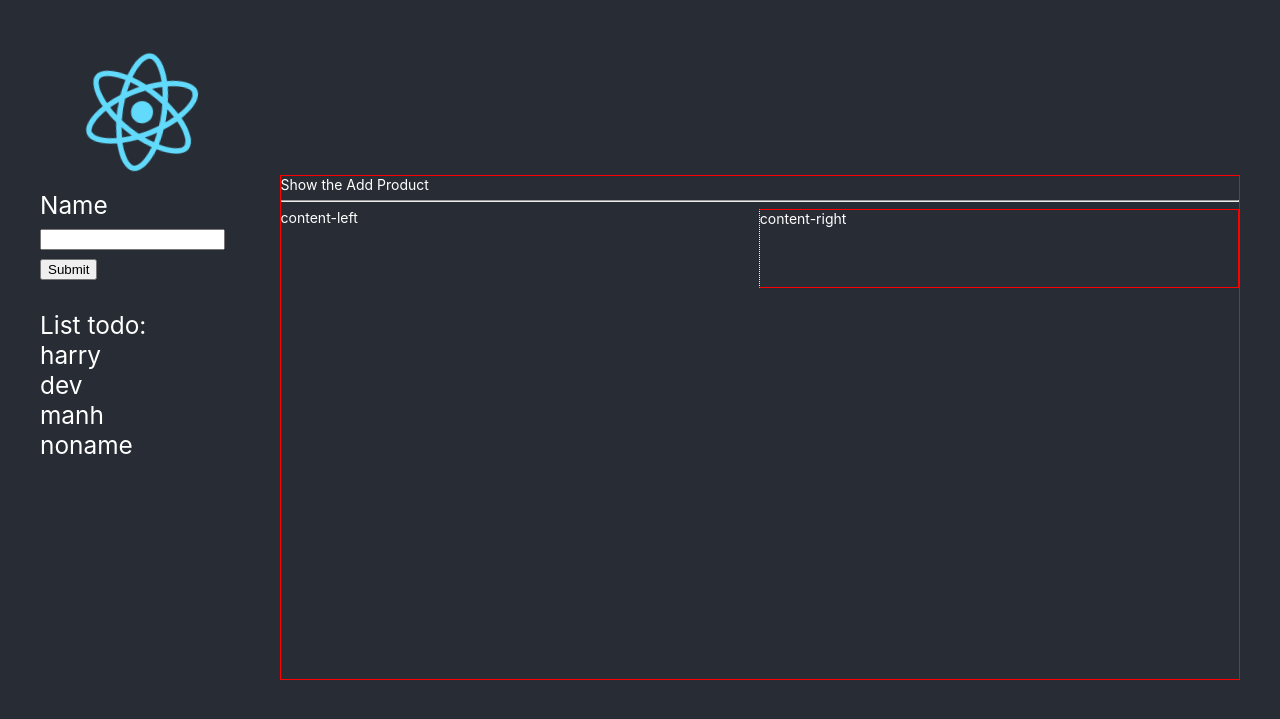
Repository: minh66hn/base-react-hook
Page: /
These files come from the project's save history. The page is drawn as it stood at one moment and after the next save; the edit follows.
The browser window is 1280 px wide. The pictures show the whole page.
The project was rebuilt for these pictures with package versions that can differ from the ones it lists, and the page was loaded fresh each time.

Above is the page before, as saved 2022-05-01 17:10:33.

### src/App.js
import React from "react";

import logo from "./logo.svg";
import "./App.scss";
import Home from "./components/Home";
import AddNewProduct from "./components/AddNewProduct";
import Product from "./components/Products/Product";

function App() {
  return (
    <div className="App">
      <header className="App-header content-left">
        <img src={logo} className="App-logo" alt="logo" />
        <Home></Home>
      </header>
      <div className="content-right">
        <AddNewProduct />
        <hr />
        <Product />
      </div>
    </div>
  );
}

export default App;

### src/App.scss
.App {
  padding: 40px;
  background-color: #282c34;
  height: calc(100vh - 80px);
  font-size:14px;
  display: flex;

  .content-left{
    width:20%;
  }


  .content-right{
    /* border: 1px solid red; */
    width: 80%;
    margin-top:135px;
    color: white;
    border :1px solid red
  }

}

.App-logo {
  height: 20vmin;
  pointer-events: none;
}

@media (prefers-reduced-motion: no-preference) {
  .App-logo {
    animation: App-logo-spin infinite 20s linear;
  }
}

@keyframes App-logo-spin {
  from {
    transform: rotate(0deg);
  }
  to {
    transform: rotate(360deg);
  }
}
.App-header {
  /* min-height: 100vh; */
  /* display: flex;
  flex-direction: column; */
  /* align-items: center;
  justify-content: center; */
  font-size: calc(10px + 2vmin);
  color: white;
  /* border: 1px solid green; */
  width: 50%;
}

.input-product input{
  width:50%;
  height:24px;
  outline: none;
  border-radius: 10px;
}
.input-product{
  margin-bottom: 10px;
  display:flex;
  flex-direction: column;
  gap:5px;
}
button{
  cursor: pointer;
}
.App-link {
  color: #61dafb;
}

/* img {
  display: block;
  max-width: 100%;
}
.youtube-list {
  display: grid;
  grid-template-columns: repeat(4, 2fr);
  grid-gap: 25px;
  padding: 25px;
}
.youtube-image {
  height: 250px;
  margin-bottom: 15px;
}
.youtube-image img {
  width: 100%;
  height: 100%;
  object-fit: cover;
}
.youtube-footer {
  display: flex;
  align-items: flex-start;
  gap: 0 20px;
}
.youtube-avatar {
  width: 50px;
  height: 50px;
  border-radius: 100rem;
  object-fit: cover;
  flex-shrink: 0;
}
.youtube-title {
  font-size: 18px;
  margin-bottom: 10px;
}
.youtube-author {
  font-size: 14px;
  color: #999;
  font-weight: 300;
} */

### src/components/Home.js
import React from "react";
import { useState } from "react";
import AddTodo from "./AddTodo";
import DisplayListTodo from "./DisplayListTodo";
const Home = () => {
  const [todo, setTodo] = useState("");
  const randomIntFromInterval = (min, max) => {
    // min and max included
    return Math.floor(Math.random() * (max - min + 1) + min);
  };

  const [listTodo, setListTodo] = useState([
    { id: 1, name: "harry" },
    { id: 2, name: "dev" },
    { id: 3, name: "manh" },
    { id: 4, name: "noname" },
  ]);
  const handleDeleteBtn = (id) => {
    alert(`you deleted item by id:${id}`);
    let updateListTodo = listTodo.filter((item) => item.id !== id);
    setListTodo(updateListTodo);
  };
  const handleClickbtn = (todo) => {
    const todoItem = {
      id: randomIntFromInterval(5, 999),
      name: todo,
    };
    console.log(listTodo);
    if (!todo) {
      alert("please enter todo");
      return 0;
    }
    //catch1
    // let curentTodo = listTodo;
    // curentTodo.push(todoItem);
    // setListTodo(curentTodo);
    //catch2
    setListTodo([...listTodo, todoItem]);
    setTodo("");
  };

  return (
    <div>
      <AddTodo handleClickbtn={handleClickbtn} todo={todo} setTodo={setTodo} />
      <DisplayListTodo childData={listTodo} handleDeleteBtn={handleDeleteBtn} />
    </div>
  );
};

export default Home;

### src/components/AddNewProduct.js
import React from "react";
import { useState } from "react";

const AddNewProduct = () => {
  const [productName, setProductName] = useState("");
  const [producPrice, setProductPrice] = useState(0);
  const [productSize, setProductSize] = useState(0);
  const [productColor, setProductColor] = useState("");
  const [isShowDetail, setIsShowDetail] = useState(false);

  const handleClickbtn = () => {
    let object = { productName, producPrice, productSize, productColor };
    let ListProducts = localStorage.getItem("ListProducts");
    console.log(ListProducts);
    if (ListProducts) {
      let arr = [JSON.parse(ListProducts)];
      arr.push(object);
      localStorage.setItem("ListProducts", JSON.stringify(arr));
    } else {
      localStorage.setItem("ListProducts", JSON.stringify(object));
    }
    setProductName("");
    setProductPrice(0);
    setProductSize(0);
    setProductColor("");
  };
  const handleIsHide = (currentShow) => {
    let isShow = !currentShow;
    setIsShowDetail(isShow);
  };
  return (
    <div>
      {isShowDetail === true && (
        <fieldset>
          <legend>Add New Product:</legend>
          <div className="input-product">
            <label>Name</label>
            <input
              value={productName}
              type="text"
              onChange={(event) => {
                setProductName(event.target.value);
              }}
            />
          </div>
          <div className="input-product">
            <label>Price</label>
            <input
              value={producPrice}
              type="text"
              onChange={(event) => {
                setProductPrice(event.target.value);
              }}
            />
          </div>
          <div className="input-product">
            <label>Size</label>
            <input
              value={productSize}
              type="number"
              onChange={(event) => {
                setProductSize(event.target.value);
              }}
            />
          </div>
          <div className="input-product">
            <label>Color</label>
            <input
              value={productColor}
              type="text"
              onChange={(event) => {
                setProductColor(event.target.value);
              }}
            />
          </div>
          <div>
            <button type="button" onClick={() => handleClickbtn()}>
              Submit
            </button>
          </div>
        </fieldset>
      )}

      {isShowDetail === true ? (
        <div
          onClick={() => {
            handleIsHide(true);
          }}
        >
          Is Hide Add Product
        </div>
      ) : (
        <div
          onClick={() => {
            handleIsHide(false);
          }}
        >
          Show the Add Product
        </div>
      )}
    </div>
  );
};

export default AddNewProduct;

### src/components/Products/Product.js
import React from "react";
import "../Products/Product.scss";
const Product = () => {
  return (
    <div className="products-container">
      <div className="content-left">content-left</div>
      <div className="content-right">content-right
      <div className="title"></div>
      <div className="price"></div>
      <div className="title"></div>
      </div>
    </div>
  );
};

export default Product;

### src/components/AddTodo.js
import React from "react";

const AddTodo = (props) => {
  const { handleClickbtn, todo, setTodo } = props;
  return (
    <div>
      <label>Name</label>
      <input
        type="text"
        value={todo}
        onChange={(event) => {
          console.log("check event:", event);
          setTodo(event.target.value);
        }}
      />
      <button
        type="button"
        onClick={() => {
          handleClickbtn(todo);
        }}
      >
        Submit
      </button>
      <br />
      <br />
    </div>
  );
};

export default AddTodo;

### src/components/DisplayListTodo.js
import React from "react";

const DisplayListTodo = (props) => {
  const listData = props.childData;
  const handleDeleteBtn = (id) => {
    props.handleDeleteBtn(id);
  };
  return (
    <div>
      <div>List todo:</div>
      {listData.map((item) => {
        console.log(item);
        return (
          <div
            key={item.id}
            onClick={() => {
              handleDeleteBtn(item.id);
            }}
          >
            {item.name}
          </div>
        );
      })}
    </div>
  );
};

export default DisplayListTodo;

### src/components/Products/Product.scss
.products-container{
    display:flex;
    flex-direction: row;
.content-right{
    border-left:1px dotted  #f5f5f5;

    margin-top: 0px;
    width:50%;
    .title{
        font-size:18px;
        font-weight: 600;
        text-align: left;
        padding: 10px 0;
    }
    .price{
        font-size: 20px;
        font-weight: 600;
        padding: 5px 0 15px 0;
    }
    .size{
        padding: 5px 0;
    }
    .action{
        display: flex;
        flex-direction: column;
        .buy{
            cursor: pointer;
            height: 27px;
            width: 171px;
            color:#ffffff;
            background-color:#ff3945;
            border-radius: 5px;
        }
        .quantity{
            height: 14px;
            width: 35px;
            border-radius: 3px;
            }
        .buy:hover{
            background-color: #FEFBE7;
            color:#FF6363
        }
    }
}
.content-left{
    width:50%;
    .img-up{
        img{
            width: 80%;
            height: 100%;
            object-fit: cover

        }
    }
    .img-down{
        display: flex;
        gap:10px;

        .img-small{
            img{
                height: 100px;
                width: 100px;
                border-radius: 3px;
                cursor: pointer;
            }

    }

    }

}
}

Loaded but not shown: public/index.html (common file); src/index.js (common file); src/index.css (common file); src/reportWebVitals.js (common file)

After the next save:
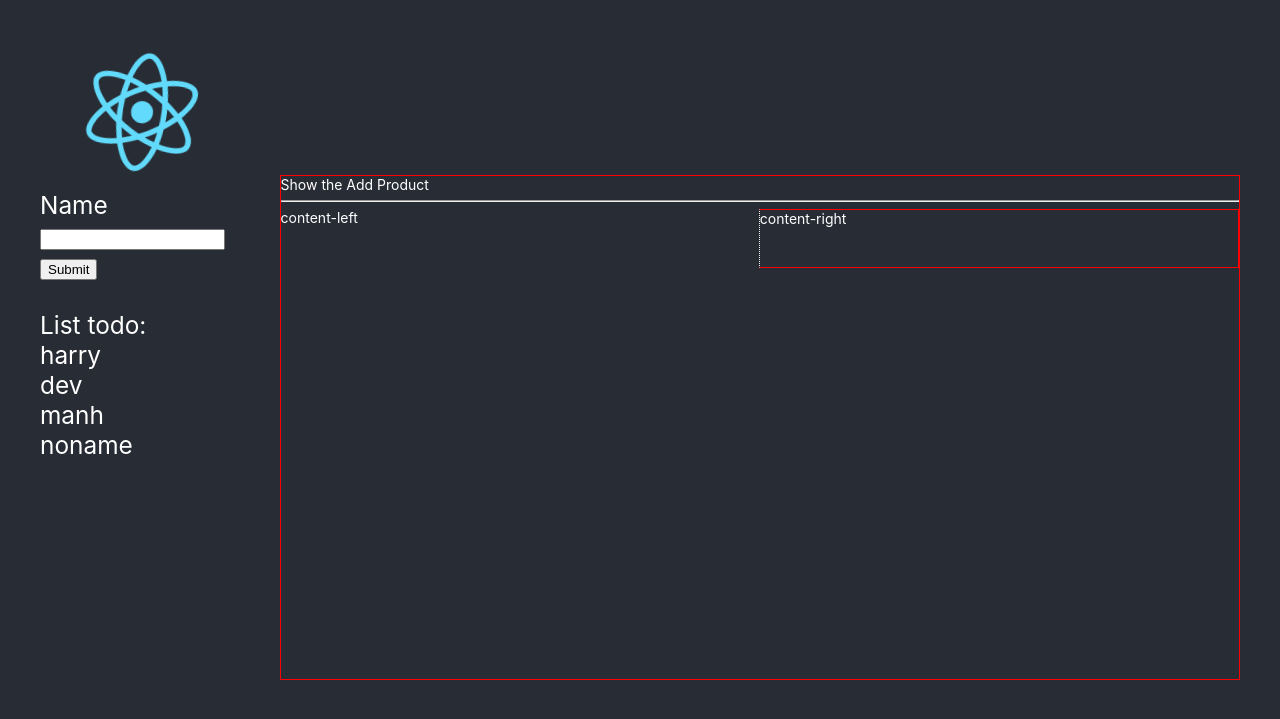
Saved 4 s later.
--- a/src/components/Products/Product.js
+++ b/src/components/Products/Product.js
@@ -7,7 +7,7 @@
       <div className="content-right">content-right
       <div className="title"></div>
       <div className="price"></div>
-      <div className="title"></div>
+      <div className=""></div>
       </div>
     </div>
   );
